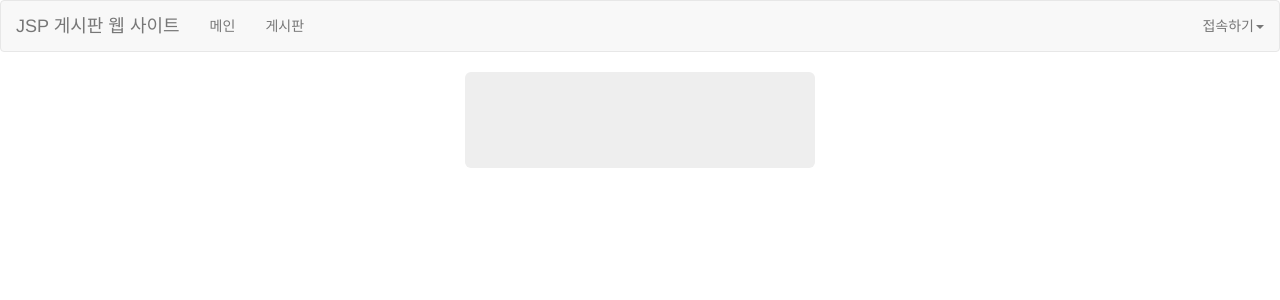
Repository: winter9388/JSP_BBS
Page: http://localhost/BBS/bbs.jsp
These files come from the project's save history. The page is drawn as it stood at one moment and after the next save; the edit follows.
The browser window is 1280 px wide. The pictures show the whole page.
Some web libraries are served in a nearby version. The page is served by Tomcat 9. Other server files are loaded and not shown.

Above is the page before, as saved 2022-08-11 03:44:22.

### BBS/src/main/webapp/bbs.jsp
<%@ page language="java" contentType="text/html; charset=UTF-8"
    pageEncoding="UTF-8"%>
<!DOCTYPE html>
<html>
<head>
<meta charset="UTF-8">
<meta name="viewport" content="width=device-width", initial-scale="1">
<link rel="stylesheet" href="css/bootstrap.css">
<title>JSP 게시판 웹 사이트</title>
</head>
<body>
	<nav class="navbar navbar-default">
		<div class="navbar-header">
			<button type="button" class="navbar-toggle collapsed"
				data-toggle="collpse" data-target="#bs-example-navbar-collapse-1"
				aria-expanded="false">
				<span class="icon-bar"></span>
				<span class="icon-bar"></span>
				<span class="icon-bar"></span>
			</button>
			<a class="navbar-brand" href="main.jsp">JSP 게시판 웹 사이트</a>
		</div>
		<div class="collapse navbar-collapse" id="bs-example-navbar-collapse-1">
			<ul class="nav navbar-nav">
				<li><a href="main.jsp">메인</a></li>
				<li><a href="bbs.jsp">게시판</a></li>
			</ul>
			<ul class="nav navbar-nav navbar-right">
				<li class="dropdown">
					<a href="#" class="dropdown-toggle"
						data-toggle="dropdown" role="button" aria-haspopup="true"
						aria-expanded="false">접속하기<span class="caret"></span></a>
					<ul class="dropdown-menu">
						<li class="active"><a href="login.jsp">로그인</a></li>
						<li><a href="join.jsp">회원가입</a></li>
					</ul>
				</li>
			</ul>
		</div>
	</nav>
	<div class="container">
		<div class="col-lg-4"></div>
		<div class="col-lg-4">
			<div class="jumbotron" style="paddind-top: 20px">
		</div>
		<div class="col-lg-4"></div>
	</div>

	<script src="https://code.jquery.com/jquery-3.1.1.min.js"></script>
	<script src="js/bootstrap.js"></script>
</body>
</html>

Loaded but not shown: BBS/src/main/webapp/css/bootstrap.css (library); BBS/src/main/webapp/js/bootstrap.js (library)

After the next save:
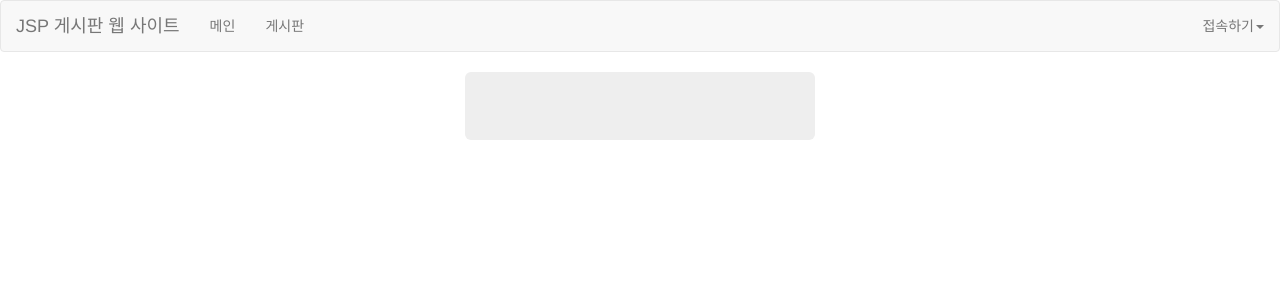
Saved 5 s later.
--- a/BBS/src/main/webapp/bbs.jsp
+++ b/BBS/src/main/webapp/bbs.jsp
@@ -41,7 +41,7 @@
 	<div class="container">
 		<div class="col-lg-4"></div>
 		<div class="col-lg-4">
-			<div class="jumbotron" style="paddind-top: 20px">
+			<div class="jumbotron" style="padding-top: 20px">
 		</div>
 		<div class="col-lg-4"></div>
 	</div>
